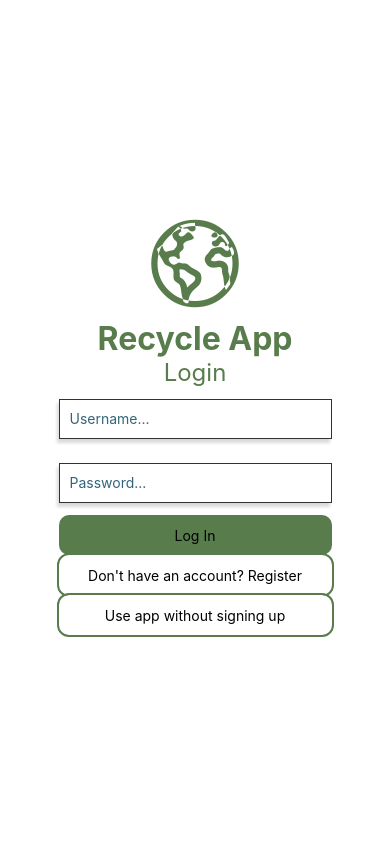
Repository: ct-pham/COMP4511
Screen: / (app in comp4511/)
An editor plug-in stored every save of this project. The screen is shown before and after a run of saves, followed by the edit.
The app was drawn by React Native's web renderer in a window 390 px wide. The project was rebuilt for these pictures with package versions that can differ from the ones it lists, and the page was loaded fresh each time.

Above is the screen before, as saved 2022-11-07 15:56:44.

After the next 2 saves:
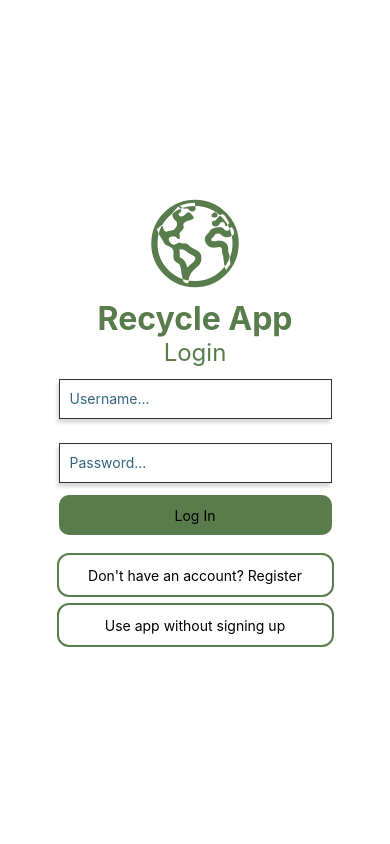
The 2 saves are shown as one change because 1 did not build or start.
The last was saved 31 s later.
--- a/comp4511/Components/Login.js
+++ b/comp4511/Components/Login.js
@@ -91,6 +91,7 @@ const styles = StyleSheet.create({
         alignItems: 'center',
         justifyContent: 'center',
         borderRadius: 10,
+        marginBottom:20,
     },
     btnStyle2: {
         backgroundColor: '#ffffff',
@@ -102,6 +103,7 @@ const styles = StyleSheet.create({
         height: 40,
         alignItems: 'center',
         justifyContent: 'center',
+        marginBottom: 10,
     },
     title: {
         fontSize: 32,
